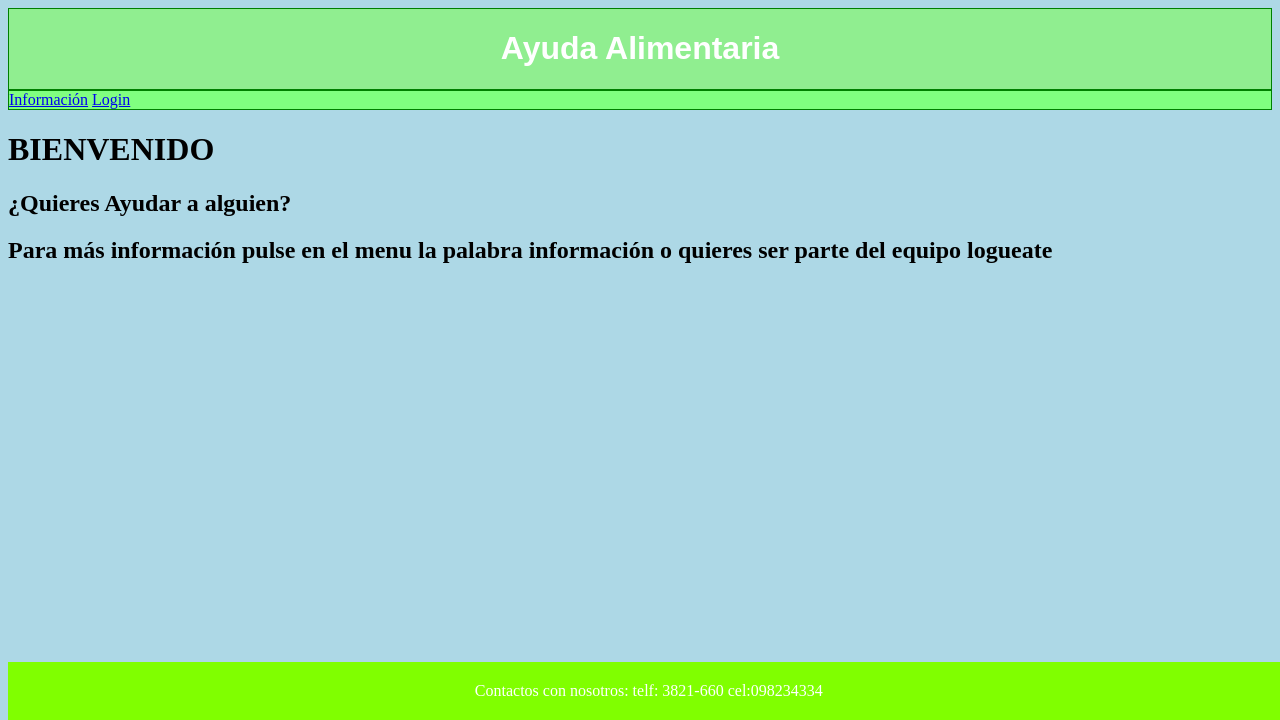
Repository: sonicspeed1/examen1_codigo_bryansantillan
Page: http://localhost/examen_1_bryan_santillan/home.jsp
These files come from the project's save history. The page is drawn as it stood at one moment and after the next save; the edit follows.
The browser window is 1280 px wide. The pictures show the whole page.
The page is served by Tomcat 9. Other server files are loaded and not shown.

Above is the page before, as saved 2024-05-29 04:44:26.

### examen_1_bryan_santillan/src/main/webapp/home.jsp
<%@ page language="java" contentType="text/html; charset=UTF-8"
    pageEncoding="UTF-8"%>
<!DOCTYPE html>
<html>
<head>
<meta charset="UTF-8">
<link href="estilo.css" rel="stylesheet"/>
<title>Ayuda Alimentaria</title>
</head>
<body class="cuerpo">
<div class="cuadro">
<h1 class="titulo">Ayuda Alimentaria</h1>
</div>
<nav>
<ul class="menu">
<li class="item"><a href="informacion.jsp">Información</a></li>
<li class="item"><a href="Login.jsp">Login</a></li>
</ul>
</nav>
<div>
 <h1>BIENVENIDO</h1>
 <h2>
 ¿Quieres Ayudar a alguien?
 </h2>
<h2> Para más información pulse en el menu la
 palabra información o quieres ser parte del
 equipo logueate</h2>
</div>
<footer class="footer"> Contactos con nosotros: telf: 3821-660 cel:098234334</footer>
</body>
</html>

### examen_1_bryan_santillan/src/main/webapp/estilo.css
@charset "UTF-8";
.cuerpo{
	background-color: lightblue;
}
.cuadro{
	background-color:lightgreen;
	border: 1px solid green;
	display: block;

}
.cuadro2 {
    background-color: #b4aed0;
    border-radius: 5px;
    border: 1px solid purple;
    height: 400px;
    width: 400px;
}
.cuadro3{
	    background: linear-gradient(to right,red,pink);
	    text-align:center;
	    color: white;
	     border: 1px solid darkred;
}
.titulo{
	color: white;
	transition: color 0.3s, text-shadow 0.3s;
	font-family: 'Comic Sans MS', cursive, sans-serif;
	 text-align: center;
}

.titulo:hover {
    color: blue;
    text-shadow: 2px 2px 5px rgba(0, 0, 0, 0.5);
}
.menu{
	list-style-type: none;
    padding: 0;
    background-color: #80ff80;
    border: 1px solid green;
    margin: 0 auto;
    }
.item {
    display: inline-block;
    position: relative;
}
.container {
    display: flex;
    justify-content: center;
    align-items: center;
    margin-top: 20px;
}
.titulo2{
	color: white;
	transition: color 0.3s, text-shadow 0.3s;
	font-family: 'Comic Sans MS', cursive, sans-serif;
	 text-align: center;
}

.titulo2:hover {
    color: red;
    text-shadow: 2px 2px 5px rgba(0, 0, 0, 0.5);
}
.item_login{
	   display: flex;
    justify-content: center;
    align-items: center;
    margin-bottom: 20px;
}
.button{
	background-color: purple;
	border-radius: 5px;
	color: white;
	padding: 10px 20px;
	margin: 15px;
	font-family: 'Comic Sans MS', cursive, sans-serif;
}
.hiper{
	margin-right: 25px;
}

.item_reg{
	   display: flex;
	   margin-bottom:20px;
}

.footer {
    background-color: rgb(128, 255, 0);
    color: #fff;
    padding: 20px;
    text-align: center;
    width: 97%;
    max-width: 1980px;
    position: fixed;
    bottom: 0;
}

After the next save:
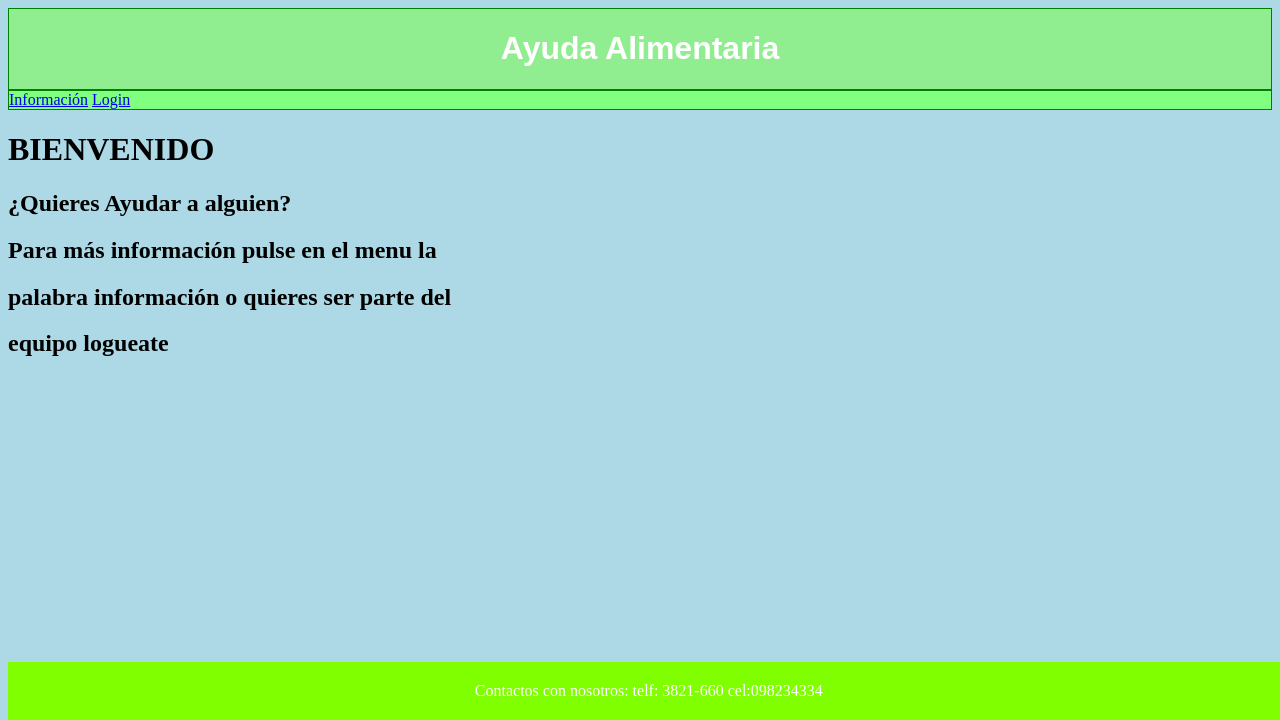
Saved 43 s later.
--- a/examen_1_bryan_santillan/src/main/webapp/home.jsp
+++ b/examen_1_bryan_santillan/src/main/webapp/home.jsp
@@ -22,9 +22,9 @@
  <h2>
  ¿Quieres Ayudar a alguien?
  </h2>
-<h2> Para más información pulse en el menu la
- palabra información o quieres ser parte del
- equipo logueate</h2>
+<h2> Para más información pulse en el menu la</h2>
+ <h2> palabra información o quieres ser parte del</h2>
+<h2>  equipo logueate</h2>
 </div>
 <footer class="footer"> Contactos con nosotros: telf: 3821-660 cel:098234334</footer>
 </body>
